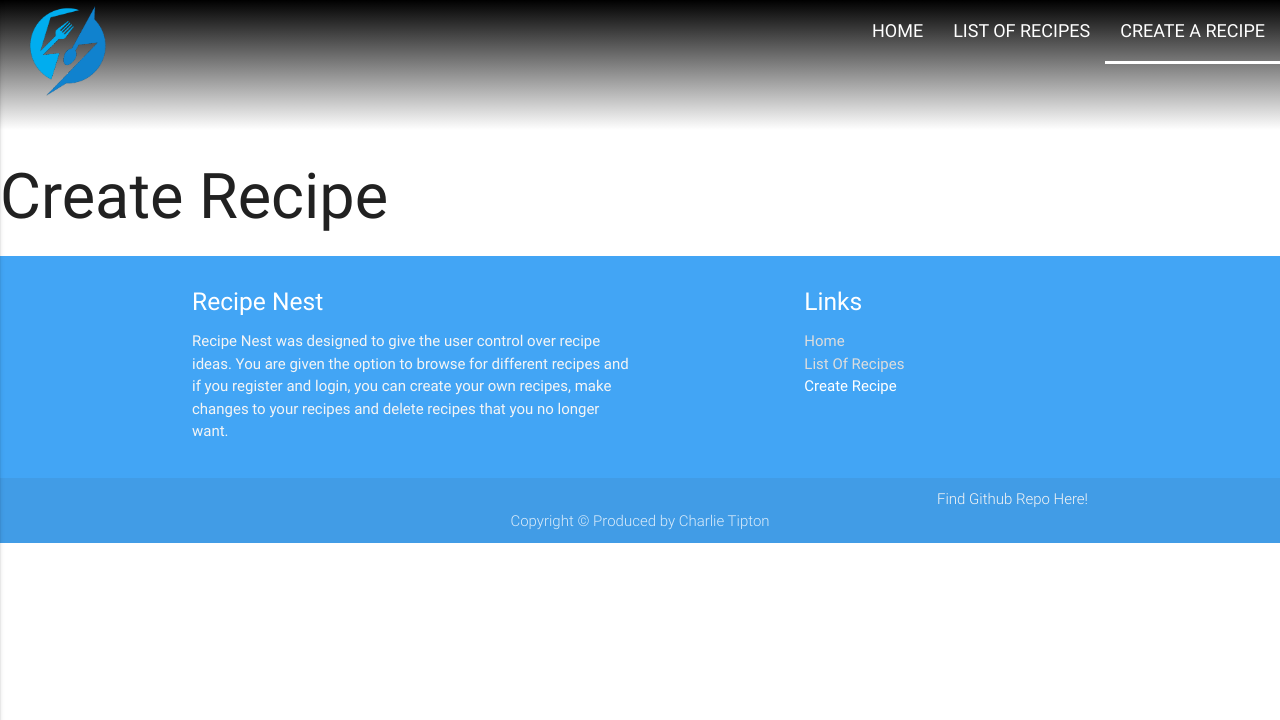
Repository: CharlieJT/Recipes
Page: http://localhost/create_recipe
The author's editor kept a record of every edit. The page is drawn from the files as they stood at one moment, then again after the next edit.
The browser window is 1280 px wide. The pictures show the whole page.
Some web libraries are served in a nearby version. The page is served by the project's application, run on Flask 3 (app.py).

Above is the page before.

After the next edit:
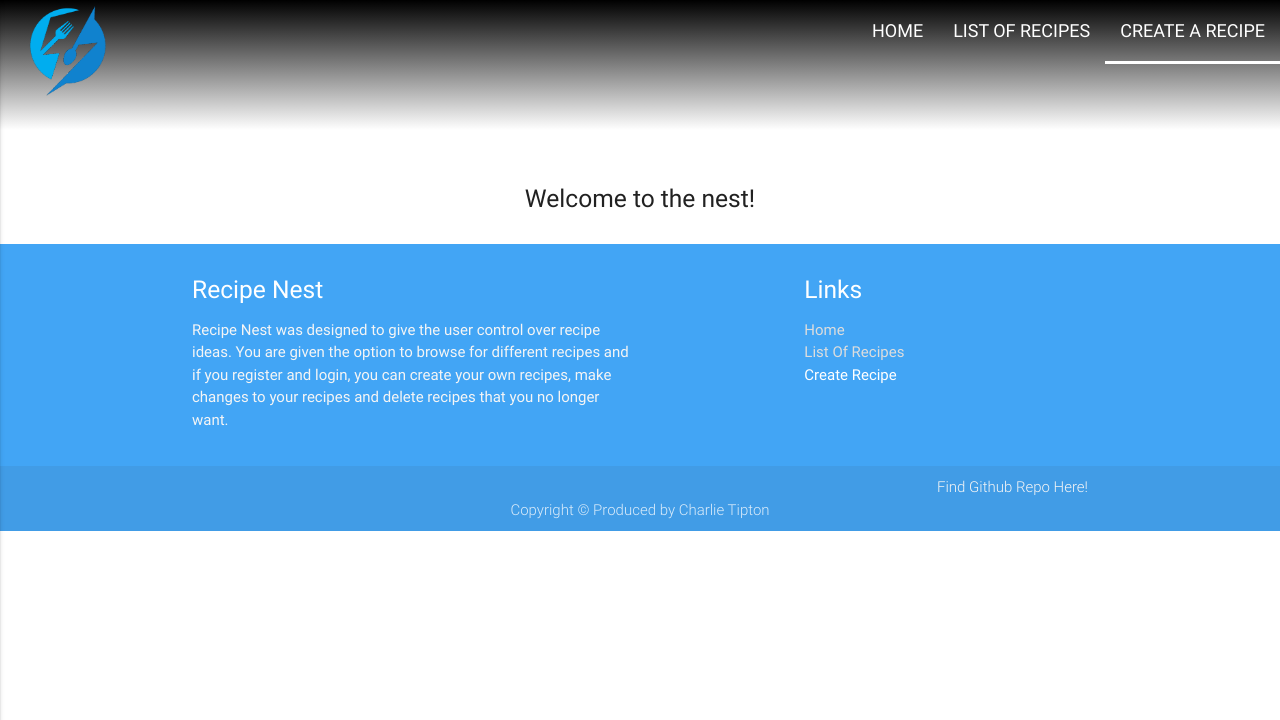
The edit:
--- a/templates/create-recipe.html
+++ b/templates/create-recipe.html
@@ -10,6 +10,14 @@
     </div>
 </div>
 
-<h1>Create Recipe</h1>
+<div id="recipe-container-listing" class="container-fluid ">
+    <div class="row recipe-row">
+        <!-- Main Recipes Header -->
+        <div class="recipe-listing-column col s12">
+            <h5>Welcome to the nest!</h5>
+        </div>
+    </div>
+</div>
+
 
 {% endblock %}
